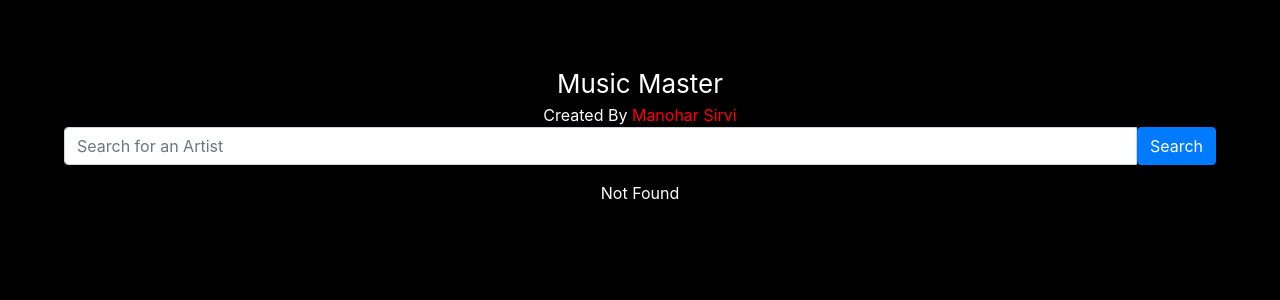
Repository: the-manohar/music
Page: /
The author's editor kept a copy of each file at every save. The page is drawn from the files as they stood at one save, then again after the next save.
The browser window is 1280 px wide. The pictures show the whole page.
The project was rebuilt for these pictures with package versions that can differ from the ones it lists, and the page was loaded fresh each time. Also part of the build but not shown: src/Profile.js, src/Gallery.js.

Above is the page before, as saved 2020-07-19 19:27:00.

After the next save:
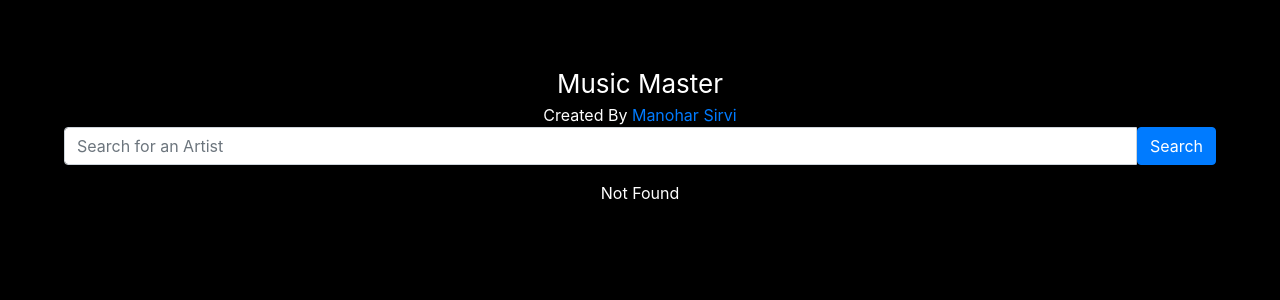
Saved 99 s later.
--- a/src/App.js
+++ b/src/App.js
@@ -62,7 +62,7 @@ class App extends Component {
       <div className="App">
         <div className="App-title">Music Master</div>
         <div>
-          Created By <span style={{ color: "red" }}>Manohar Sirvi</span>
+          Created By <span className="text-primary">Manohar Sirvi</span>
         </div>
 
         <FormGroup>
